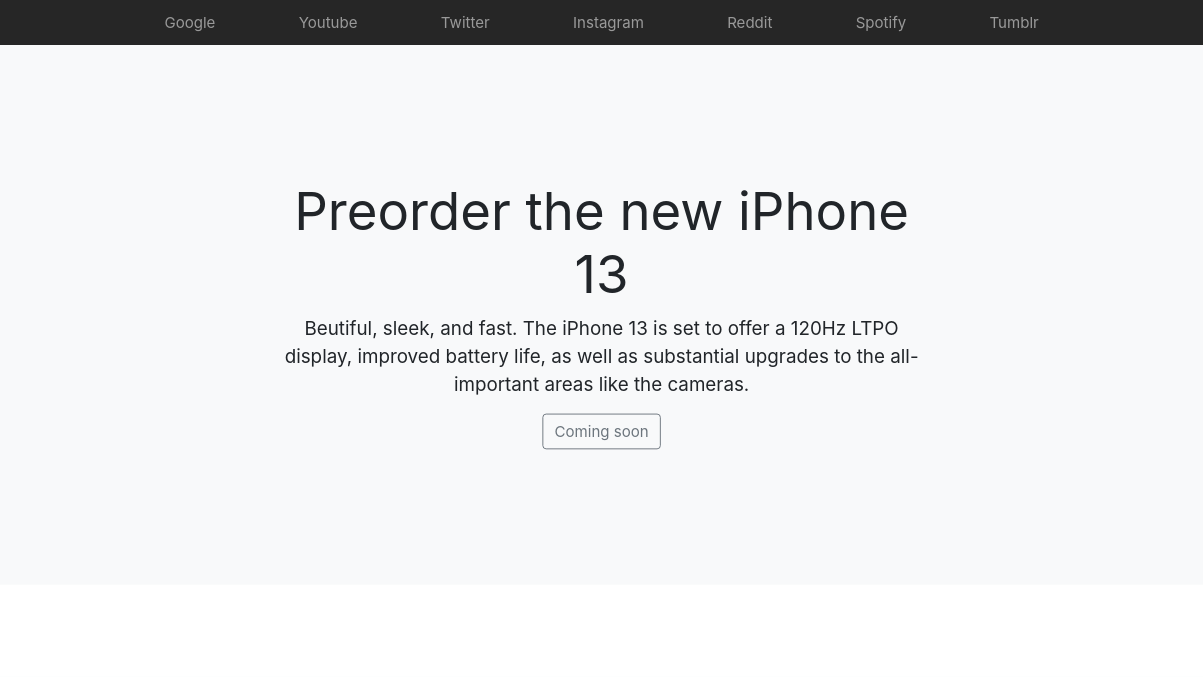
Repository: Ayang048/Amy-Yang---Resume
Page: LearnCS8-Twilio/index.html
The author's editor kept a record of every edit. The page is drawn from the files as they stood at one moment, then again after the next edit.
The browser window is 1280 px wide. The pictures show the whole page, at 94% of full size.

Above is the page before.

### LearnCS8-Twilio/index.html
<!doctype html>
<html lang="en">
  <head>
    <!-- Required meta tags -->
    <meta charset="utf-8">
    <meta name="viewport" content="width=device-width, initial-scale=1, shrink-to-fit=no">
    <meta name="description" content="The iPhone 13 is set to offer a 120Hz LTPO display, improved battery life, as well as substantial upgrades to the all-important areas like the cameras.">
    <meta name="author" content="862053900">

    <!-- Bootstrap CSS -->
    <link rel="stylesheet" href="https://stackpath.bootstrapcdn.com/bootstrap/4.5.2/css/bootstrap.min.css" integrity="sha384-JcKb8q3iqJ61gNV9KGb8thSsNjpSL0n8PARn9HuZOnIxN0hoP+VmmDGMN5t9UJ0Z" crossorigin="anonymous">

    <!-- Title of your Website -->
    <title>The Iphone 13</title>
    <link href="product.css" rel="stylesheet">
  </head>
  <body>
    <nav class="site-header sticky-top py-1">
    <!-- Top Menu Bar -->
    <div class="container d-flex flex-column flex-md-row justify-content-between">
        <a class="py-2 d-none d-md-inline-block" id="menu-item-1" href="https://www.google.com/" target="_blank">Google</a>
        <a class="py-2 d-none d-md-inline-block" id="menu-item-2" href="https://www.youtube.com/" target="_blank">Youtube</a>
        <a class="py-2 d-none d-md-inline-block" id="menu-item-3" href="https://twitter.com/" target="_blank">Twitter</a>
        <a class="py-2 d-none d-md-inline-block" id="menu-item-4" href="https://www.instagram.com/" target="_blank">Instagram</a>
        <a class="py-2 d-none d-md-inline-block" id="menu-item-5" href="https://www.reddit.com/" target="_blank">Reddit</a>
        <a class="py-2 d-none d-md-inline-block" id="menu-item-6" href="https://www.spotify.com/us/" target="_blank">Spotify</a>
        <a class="py-2 d-none d-md-inline-block" id="menu-item-7" href="https://www.tumblr.com/"target="_blank">Tumblr</a>
    </div>
</nav>
  <!-- Main Header Section h1-->
<div class="position-relative overflow-hidden p-3 p-md-5 m-md-0 text-center bg-light">
    <div class="col-md-8 p-lg-5 mx-auto my-5">
        <h1 class="display-4 font-weight-normal">Preorder the new iPhone 13</h1>
        <p class="lead font-weight-normal">Beutiful, sleek, and fast. The iPhone 13 is set to offer a 120Hz LTPO display, improved battery life, as well as substantial upgrades to the all-important areas like the cameras.</p>
        <a class="btn btn-outline-secondary" href="https://www.google.com/">Coming soon</a>
    </div>
</div>
  </body>
</html>

### LearnCS8-Twilio/product.css
.container {
  max-width: 960px;
}

/*
 * Custom translucent site header
 */

.site-header {
  background-color: rgba(0, 0, 0, .85);
  -webkit-backdrop-filter: saturate(180%) blur(20px);
  backdrop-filter: saturate(180%) blur(20px);
}
.site-header a {
  color: #999;
  transition: ease-in-out color .15s;
}
.site-header a:hover {
  color: #fff;
  text-decoration: none;
}

/*
 * Dummy devices (replace them with your own or something else entirely!)
 */

.product-device {
  position: absolute;
  right: 10%;
  bottom: -30%;
  width: 300px;
  height: 540px;
  background-color: #333;
  border-radius: 21px;
  -webkit-transform: rotate(30deg);
  transform: rotate(30deg);
}

.product-device::before {
  position: absolute;
  top: 10%;
  right: 10px;
  bottom: 10%;
  left: 10px;
  content: "";
  background-color: rgba(255, 255, 255, .1);
  border-radius: 5px;
}

.product-device-2 {
  top: -25%;
  right: auto;
  bottom: 0;
  left: 5%;
  background-color: #e5e5e5;
}


/*
 * Extra utilities
 */

.flex-equal > * {
  -ms-flex: 1;
  flex: 1;
}
@media (min-width: 768px) {
  .flex-md-equal > * {
    -ms-flex: 1;
    flex: 1;
  }
}

.overflow-hidden { overflow: hidden; }

After the next edit:
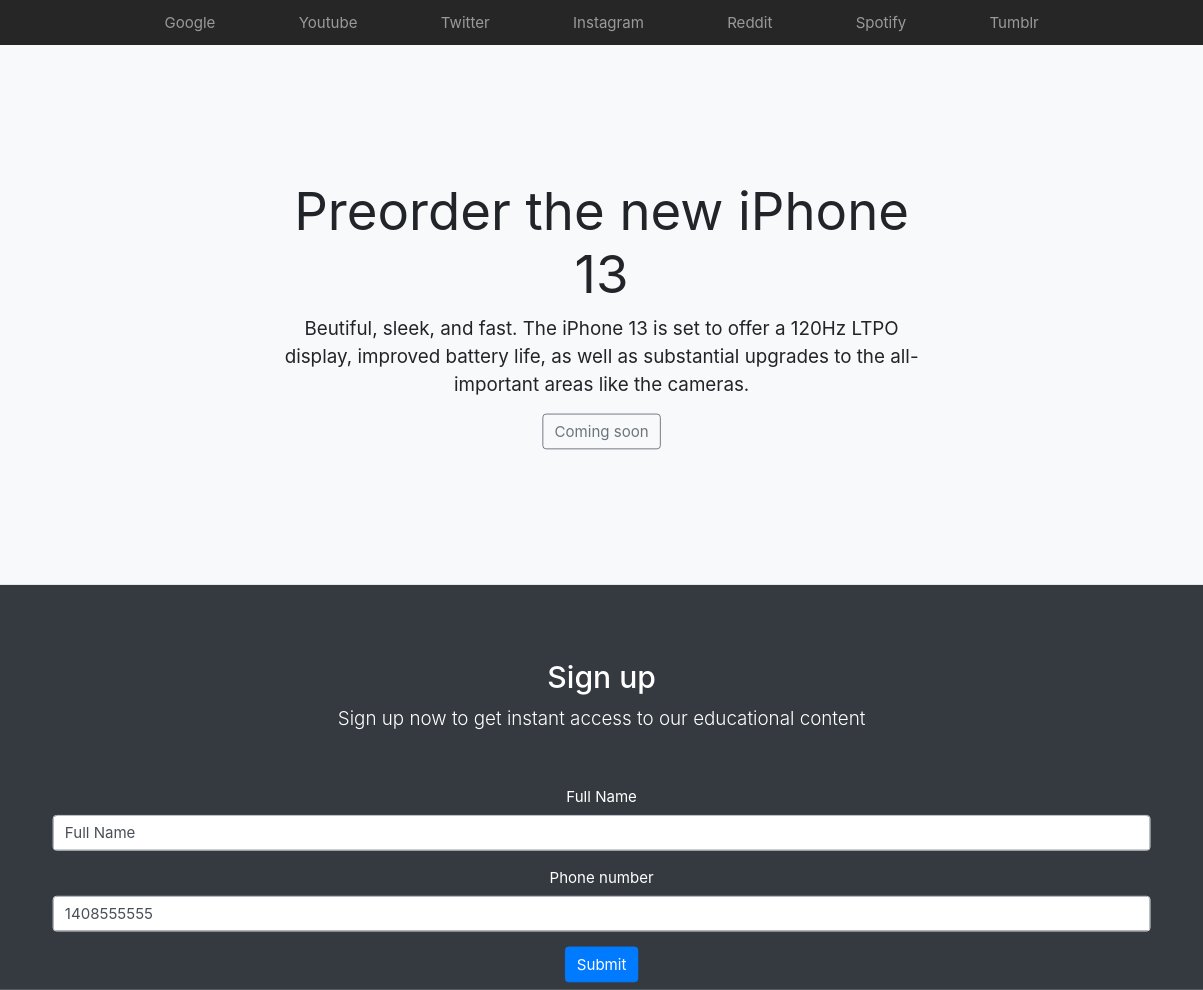
The edit:
--- a/LearnCS8-Twilio/index.html
+++ b/LearnCS8-Twilio/index.html
@@ -35,5 +35,44 @@
         <a class="btn btn-outline-secondary" href="https://www.google.com/">Coming soon</a>
     </div>
 </div>
+<!-- Left Tile -->
+<div class="d-md-flex flex-md-equal w-100">
+    <div class="bg-dark pt-3 px-3 pt-md-5 px-md-5 text-center text-white overflow-hidden">
+        <div class="my-3 py-3">
+            <h2 class="display-5">Sign up</h2>
+            <p class="lead">Sign up now to get instant access to our educational content</p>
+        </div>
+        <!-- Web form when submitted will send a text message -->
+        <form class="p-2" onsubmit="sendTextMessage(); return false;">
+            <!-- Full Name Form Field -->
+            <div class="form-group">
+                <label for="example-first-name">Full Name</label>
+                <input type="text" value="Full Name" class="form-control" id="example-first-name" aria-describedby="emailHelp">
+            </div>
+            <!-- Phone Number Form Field -->
+            <div class="form-group">
+                <label for="example-tel-input">Phone number</label>
+                <input type="tel" class="form-control" value="1408555555" id="example-tel-input">
+            </div>
+            <!-- JavaScript that handles onSubmit logic -->
+            <!-- Configure the XHR request below with your own credentials -->
+            <script>
+            function sendTextMessage() {
+                console.log("Hello world!");
+                var xhr = new XMLHttpRequest();
+                var accountSID = "ACa59d8c6c765e1c93861f2aec0f3e8fd9";
+                var authToken = "fd7b2da51c01a1509692842bed5a7f58X";
+                var base64encoded = accountSID + ":" + authToken;
+                var params = "To=" + document.getElementById('example-tel-input').value + "&From=" + "XXXXXXXXXX" + "&Body=" + "Hello " + document.getElementById('example-first-name').value + " nice job on sending your first SMS with APIs."
+                xhr.open("POST", "https://api.twilio.com/2010-04-01/Accounts/" + accountSID + "/Messages.json", true);
+                xhr.setRequestHeader('Content-Type', 'application/x-www-form-urlencoded');
+                xhr.setRequestHeader('Authorization', 'Basic ' + btoa(base64encoded));
+                xhr.send(params);
+            }
+            </script>
+            <!-- Submit button that will execute the sendTextMessage function -->
+            <button type="submit" class="btn btn-primary">Submit</button>
+        </form>
+    </div>
   </body>
 </html>
